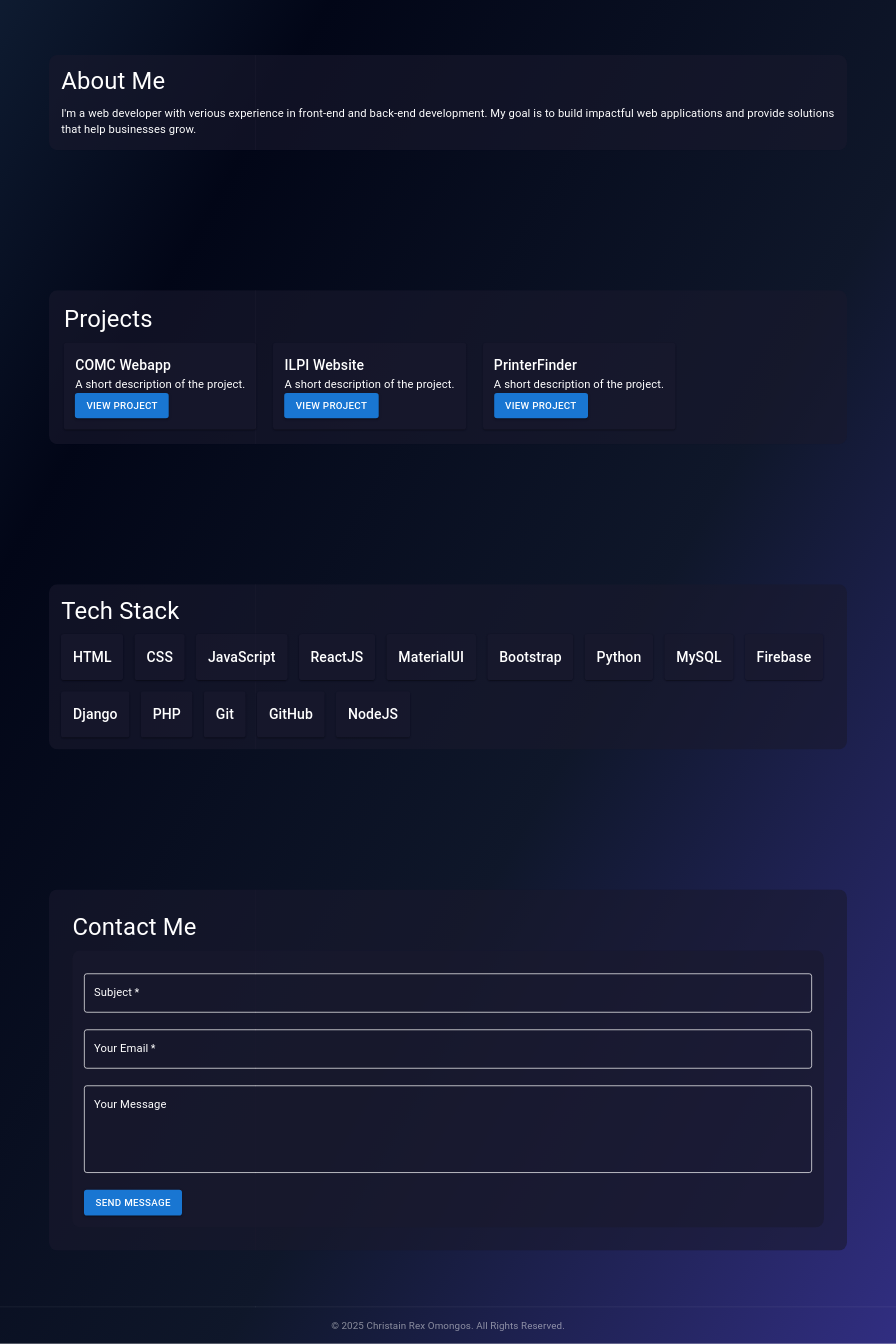
Repository: mikeshadowcoder/myWeb
Page: /
An editor plug-in stored every save of this project. The page is shown before and after the next save, followed by the edit.
The browser window is 1280 px wide. The pictures show the part of the page from y = 841 to 2761 px (the page is 2761 px tall), at 70% of full size.
The project was rebuilt for these pictures with package versions that can differ from the ones it lists, and the page was loaded fresh each time.

Above is the page before, as saved 2026-02-03 21:30:05.

After the next save:
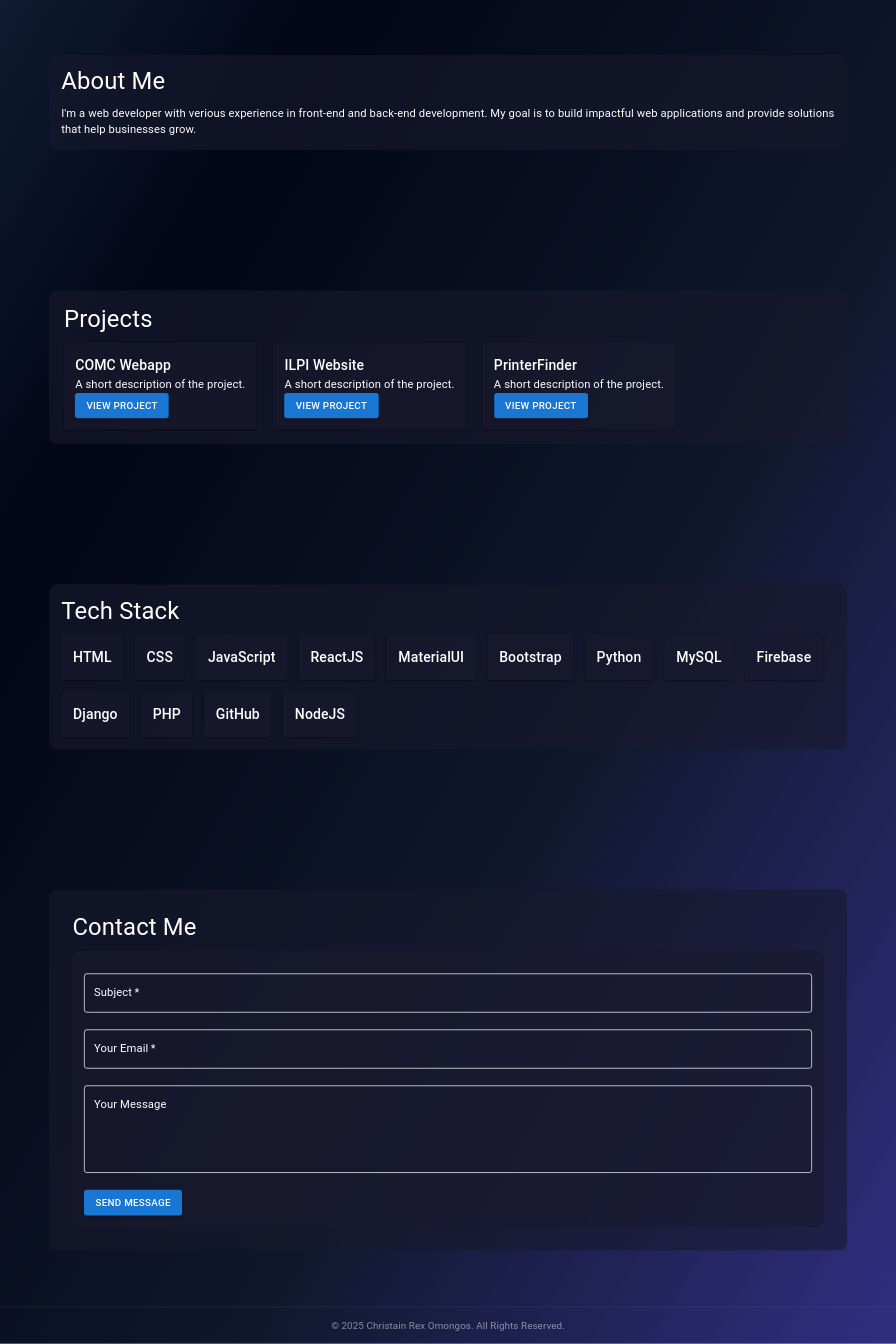
Saved 13 s later.
--- a/src/components/Skills.js
+++ b/src/components/Skills.js
@@ -4,7 +4,7 @@
 
 const Skills = () => {
   const skills = ['HTML', 'CSS', 'JavaScript', 'ReactJS', 'MaterialUI', 'Bootstrap',
-                  'Python', 'MySQL', 'Firebase', 'Django', 'PHP', 'Git', 'GitHub', 'NodeJS'];
+                  'Python', 'MySQL', 'Firebase', 'Django', 'PHP', 'GitHub', 'NodeJS'];
 
   return (
     <Box className="box-container" sx={{ mt: 25, width: "100%", }}>
